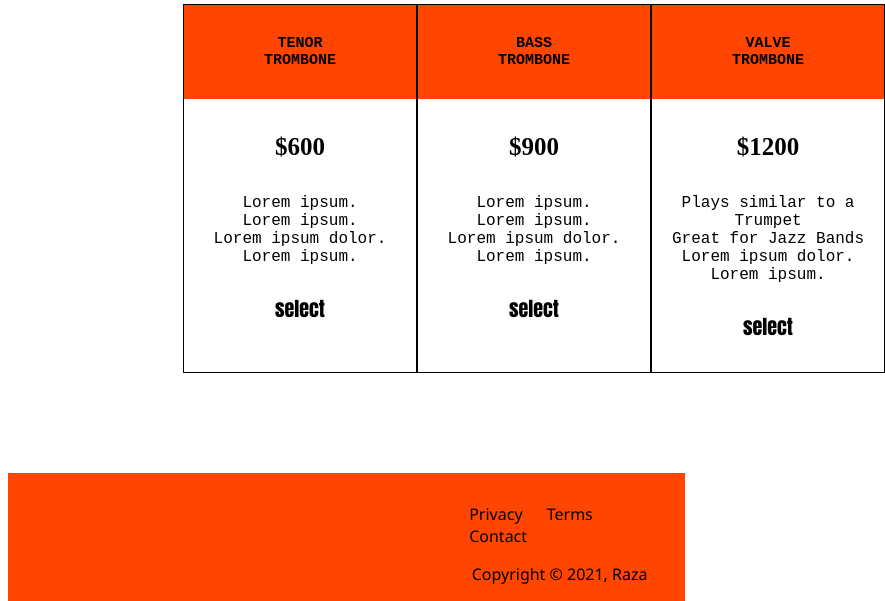
Repository: AbdulWahabRaza123/DeliveryWebPage
Page: index.html
An editor plug-in stored every save of this project. The page is shown before and after the next save, followed by the edit.
The browser window is 768 px wide. The page is 885 px wide, then 866 px, then 885 px, so the pictures cover 885 px, including what lies to the right of the window. The pictures show the part of the page from y = 1329 to 1930 px (the page is 1930 px tall before and 1910 px after).

Above is the page before, as saved 2021-09-12 21:04:07.

After the next save:
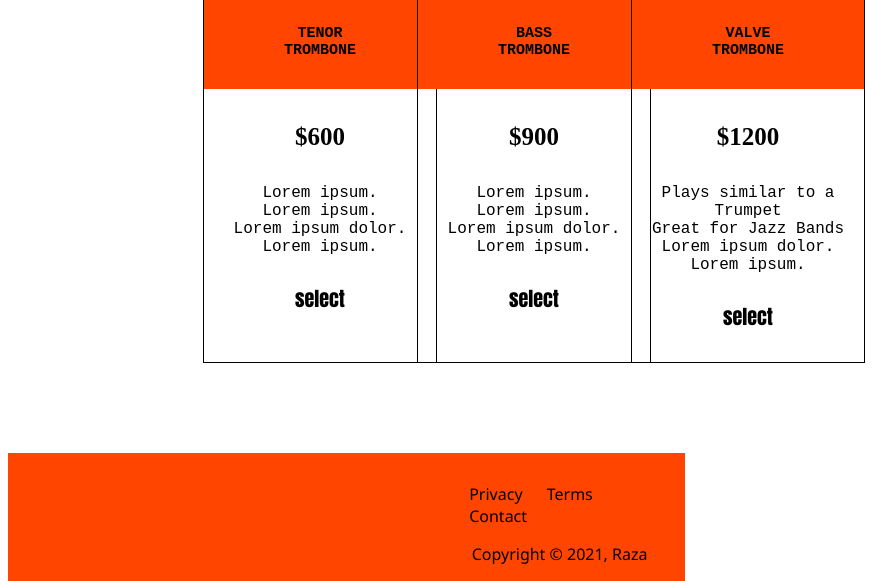
Saved 38 s later.
--- a/new.css
+++ b/new.css
@@ -246,12 +246,12 @@
         margin-left: 300px;
     }
     .price1 {
-        margin: 0px;
+        margin: -10px;
     }
     .price2 {
-        margin: 0px;
+        margin: -10px;
     }
     .price3 {
-        margin: 0px;
-    }
-}
+        margin: -10px;
+    }
+}

After the save that followed:
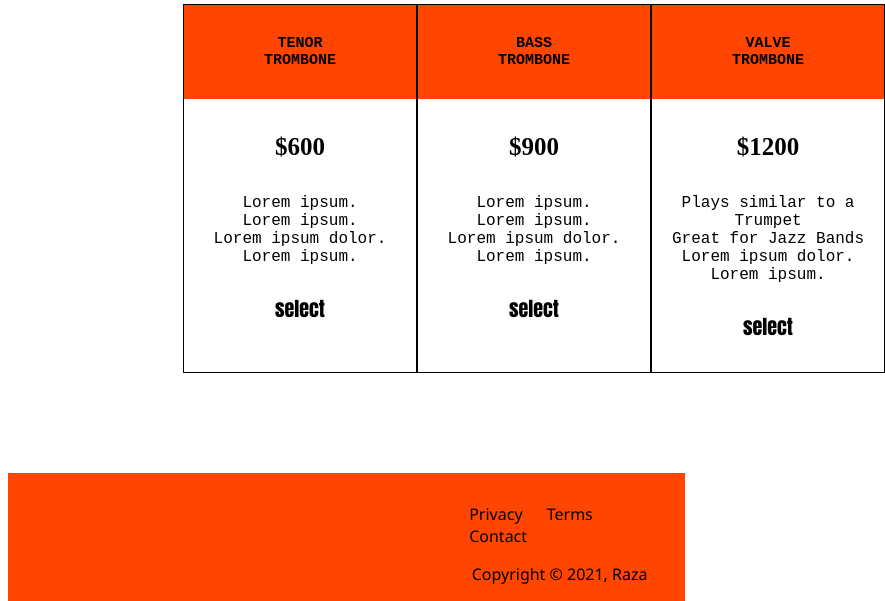
Saved 22 s later.
--- a/new.css
+++ b/new.css
@@ -246,12 +246,12 @@
         margin-left: 300px;
     }
     .price1 {
-        margin: -10px;
+        margin: 0px;
     }
     .price2 {
-        margin: -10px;
+        margin: 0px;
     }
     .price3 {
-        margin: -10px;
-    }
-}
+        margin: 0px;
+    }
+}
